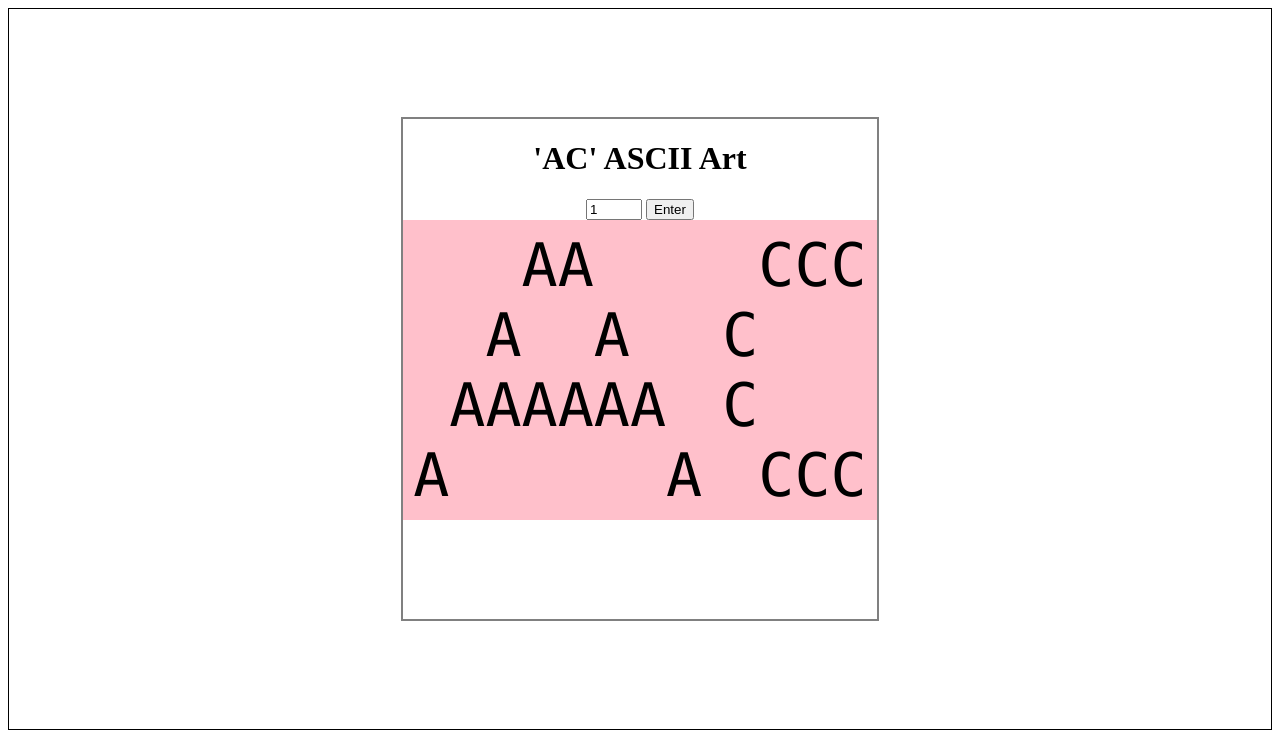
Repository: Achorn/ascii-art
Page: index.html
These files come from the project's save history. The page is drawn as it stood at one moment and after the next save; the edit follows.
The browser window is 1280 px wide. The pictures show the whole page.

Above is the page before, as saved 2021-08-09 20:16:11.

After the next save:
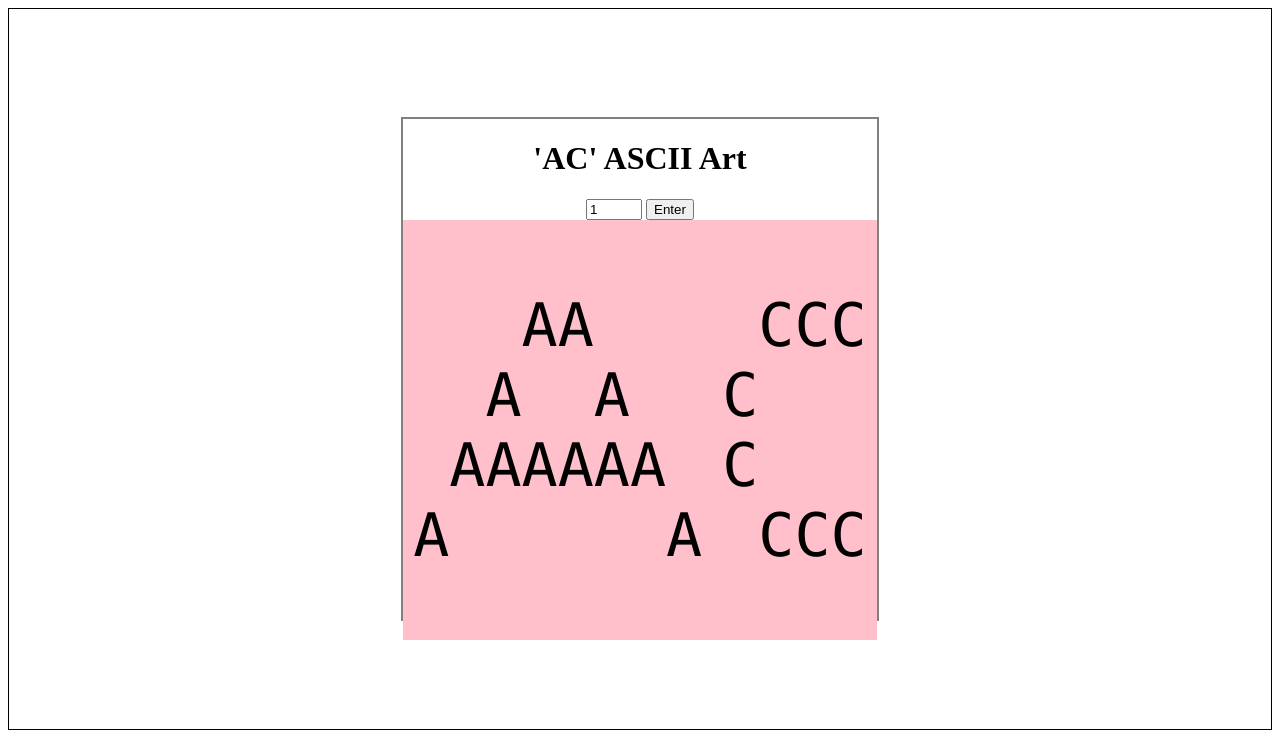
Saved 8 s later.
--- a/styles.css
+++ b/styles.css
@@ -26,10 +26,10 @@ form {
 }
 #mono-a {
   /* font-size: 25.5vw; */
-  margin: 10px;
+  padding: 10px;
   white-space: pre;
 }
 #mono-c {
-  margin: 10px;
+  padding: 10px;
   white-space: pre;
 }
